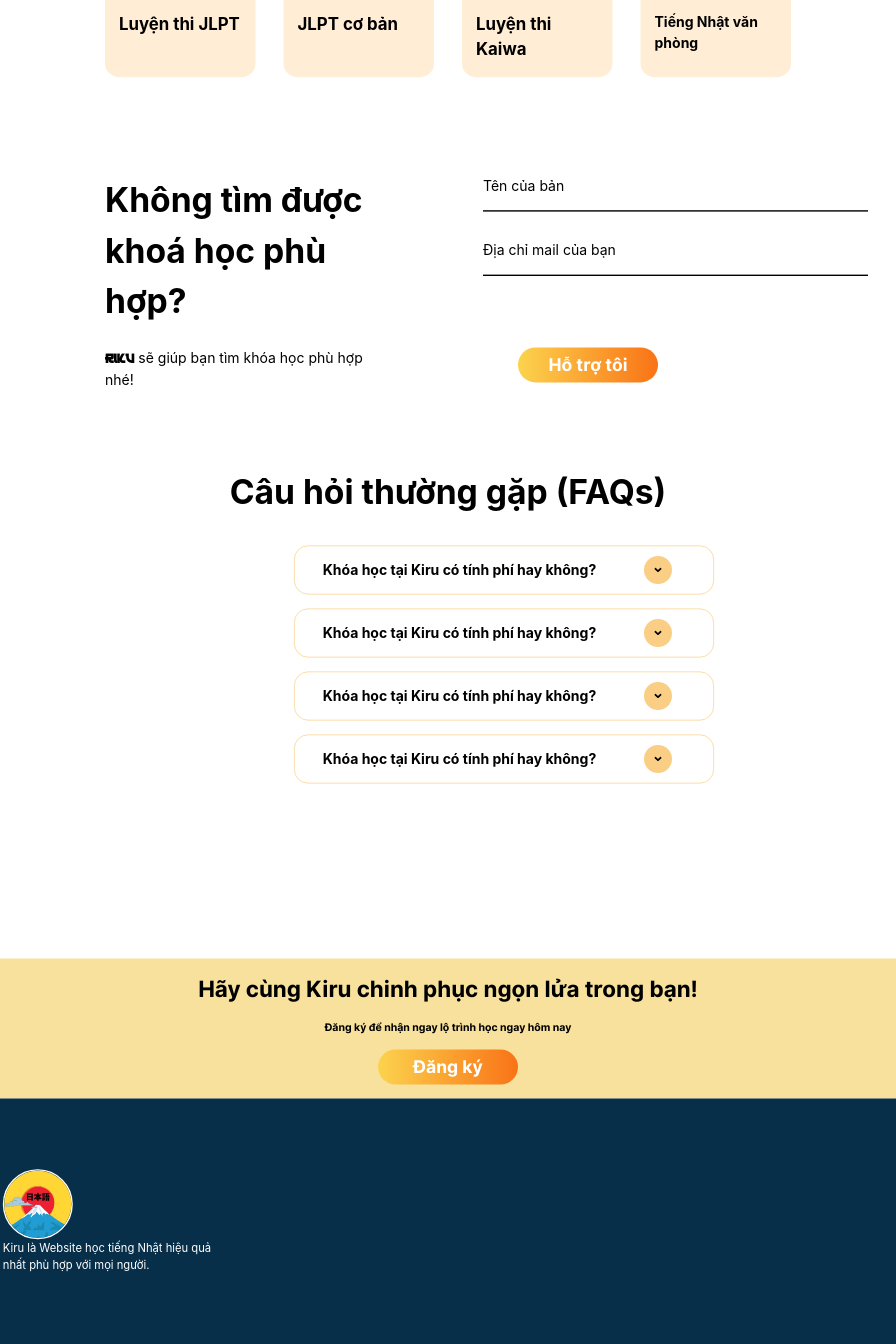
Repository: Quynhhuong150322/Kiru_Website-hoc-tieng-Nhat
Page: /
The author's editor kept a copy of each file at every save. The page is drawn from the files as they stood at one save, then again after the next save.
The browser window is 1280 px wide. The pictures show the part of the page from y = 3205 to 5125 px (the page is 5125 px tall), at 70% of full size.
The project was rebuilt for these pictures with package versions that can differ from the ones it lists, and the page was loaded fresh each time.

Above is the page before, as saved 2023-08-17 01:44:07.

### public/index.html
<!DOCTYPE html>
<html lang="en">
  <head>
    <meta charset="utf-8" />
    <link rel="icon" href="%PUBLIC_URL%/favicon.ico" />
    <meta name="viewport" content="width=device-width, initial-scale=1" />
    <meta name="theme-color" content="#000000" />
    <meta
      name="description"
      content="Web site created using create-react-app"
    />
    <link rel="apple-touch-icon" href="%PUBLIC_URL%/logo192.png" />
    <!--
      manifest.json provides metadata used when your web app is installed on a
      user's mobile device or desktop. See https://developers.google.com/web/fundamentals/web-app-manifest/
    -->
    <link rel="manifest" href="%PUBLIC_URL%/manifest.json" />
    <!--
      Notice the use of %PUBLIC_URL% in the tags above.
      It will be replaced with the URL of the `public` folder during the build.
      Only files inside the `public` folder can be referenced from the HTML.

      Unlike "/favicon.ico" or "favicon.ico", "%PUBLIC_URL%/favicon.ico" will
      work correctly both with client-side routing and a non-root public URL.
      Learn how to configure a non-root public URL by running `npm run build`.
    -->
    <title>Kiru web</title>
  </head>
  <body>
    <noscript>You need to enable JavaScript to run this app.</noscript>
    <div id="root"></div>
    <!--
      This HTML file is a template.
      If you open it directly in the browser, you will see an empty page.

      You can add webfonts, meta tags, or analytics to this file.
      The build step will place the bundled scripts into the <body> tag.

      To begin the development, run `npm start` or `yarn start`.
      To create a production bundle, use `npm run build` or `yarn build`.
    -->
  </body>
</html>

### src/index.js
import React from 'react';
import ReactDOM from 'react-dom/client';
import './index.css';
import App from './App';
import reportWebVitals from './reportWebVitals';
import { BrowserRouter} from "react-router-dom";


const root = ReactDOM.createRoot(document.getElementById('root'));
root.render(
  <React.StrictMode>
    <BrowserRouter>
      <App />
    </BrowserRouter>
  </React.StrictMode>
);

// If you want to start measuring performance in your app, pass a function
// to log results (for example: reportWebVitals(console.log))
// or send to an analytics endpoint. Learn more: https://bit.ly/CRA-vitals
reportWebVitals();

### src/App.js
import './App.css';
import HeaderBefor from "./component/header_footer/HeaderBefor";
import Footer from "./component/header_footer/footer";
// import MyRoutes from './route/MyRoutes';
import GioiThieu from "./component/Gioi_thieu"
import KhoaHocBefor from "./component/Khoa_hoc_befor";
import LienHe from "./component/Lien_he";
import FAQs from "./component/FAQs";


function App() {
  return (
    <div className = "bg-white">
      {/* <MyRoutes></MyRoutes> */}
      <HeaderBefor></HeaderBefor>
      <GioiThieu></GioiThieu>
      <KhoaHocBefor></KhoaHocBefor>
      <LienHe></LienHe>
      <FAQs></FAQs>
      <Footer></Footer>
    </div>
  );
}

export default App;

### src/App.css
.App {
  text-align: center;
}

.App-logo {
  height: 40vmin;
  pointer-events: none;
}

@media (prefers-reduced-motion: no-preference) {
  .App-logo {
    animation: App-logo-spin infinite 20s linear;
  }
}

.App-header {
  background-color: #282c34;
  min-height: 100vh;
  display: flex;
  flex-direction: column;
  align-items: center;
  justify-content: center;
  font-size: calc(10px + 2vmin);
  color: white;
}

.App-link {
  color: #61dafb;
}

@keyframes App-logo-spin {
  from {
    transform: rotate(0deg);
  }
  to {
    transform: rotate(360deg);
  }
}

@font-face {
  font-family: Japanese;
  src: url(./font/Japanese\ 3017.ttf);
}

@font-face {
  font-family: InterBold;
  src: url(./font/Inter-Bold.ttf);
}

@font-face {
  font-family: InterRegular;
  src: url(./font/Inter-Regular.ttf);
}

@font-face {
  font-family: Montserrat;
  src: url(./font/MontserratAlternates-Bold.otf);
}

### src/component/header_footer/HeaderBefor.js
import React from "react";
import logo from "../../image/logo.png"
import { Link } from "react-router-dom";

const Header = () => {
    return (
        <div className = "bg-white top-0 h-[70px] ">
            <div class="flex justify-between items-center p-1">
                <Link to = "/">
                    <div className="flex flex-row items-center gap-5 pl-[50px] justify-center">
                        <img
                            className="h-[55px] w-55px] rounded-full "
                            src = {logo}
                            alt = "logo"
                        />
                        <div className="font-japanese text-[40px] font-bold">Kiru</div>
                    </div>
                </Link>
                <div className=""></div>
                    <ul className="flex space-x-4 justify-start gap-10 font-interBold text-[17px] pr-28 ">
                        <li className="hover:text-yellow-500">
                            <Link to = "/GioiThieu">Giới Thiệu</Link>
                        </li>
                        <li className="hover:text-yellow-500">
                            <Link to = "/LienHe">Liên hệ</Link>
                        </li>
                        <li className="hover:text-yellow-500">
                            <Link to = "/KhoaHocBefor">Khoá học</Link>
                        </li>
                        <li className="hover:text-yellow-500">
                            <Link to = "/FAQs">FAQs</Link>
                        </li>
                    </ul>
                <div className="pr-[50px] flex items-center ">
                    <ul className="flex space-x-4 justify-start gap-1 font-interBold text-[17px] items-center">
                        <li>
                            <button
                                type="button"
                                className="w-[117px] h-10 rounded-[20px] hover:border-2 border-amber-500 hover:text-sky-500">
                                Đăng nhập
                            </button>
                        </li>
                        <li>
                            <button
                                type="button"
                                className = "w-28 h-10 rounded-[20px] text-white bg-gradient-to-r from-amber-300  to-orange-500 hover:border-2 border-amber-700 hover:text-sky-500">
                                Đăng ký
                            </button>
                        </li>
                    </ul>
                </div>
            </div>

        </div>
    );
};
export default Header;

### src/component/header_footer/footer.js
import React from "react";
import logo from "../../image/logo.png"

const Footer = () => {
    return (
        <div class="">
            <div className="h-[350px] bg-sky-950 flex justify-between items-center p-1">
                <div className="flex-initial w-[300px]">
                    <img
                        className="h-[100px] w-100px] rounded-full border-2 border-white"
                        src = {logo}
                        alt = "logo"
                    />
                    <p className="text-white">Kiru là Website học tiếng Nhật hiệu quả nhất phù hợp với mọi người. <p className="by @Nhom2"></p></p>
                </div>
                <div className="">

                </div>
                <div className="">

                </div>
            </div>
        </div>

    );
}
export default Footer;

### src/component/Khoa_hoc_befor.js
import React from "react";
import photo4 from "../image/photo4.png";
import photo5 from "../image/photo5.png";
import photo6 from "../image/photo6.png";
import photo7 from "../image/photo7.png";

const KhoaHocBefor = () => {
    return (
        <div className="">
            <div className="">
                <div className="pt-[100px] pl-[150px] font-inter font-bold text-[48px] w-[650px]">Gợi ý khóa học có thể phù hợp với bạn</div>
                <dic className="flex flex-row gap-10 px-[150px] py-10">
                    <div className="w-[250px] h-[350px] bg-orange-100 rounded-[20px] py-5 px-5">
                        <div className="">
                            <img
                                className=" rounded-[20px]  "
                                src = {photo4}
                                alt = "Photo4"
                            />
                        </div>
                        <div className="pt-5 font-inter font-bold text-[24px]">Luyện thi JLPT</div>
                    </div>
                    <div className="w-[250px] h-[350px] bg-orange-100 rounded-[20px] py-5 px-5">
                        <div className="">
                            <img
                                className=" rounded-[20px]  "
                                src = {photo5}
                                alt = "Photo5"
                            />
                        </div>
                        <div className="pt-5 font-inter font-bold text-[24px]">JLPT cơ bản</div>
                    </div>
                    <div className="w-[250px] h-[350px] bg-orange-100 rounded-[20px] py-5 px-5">
                        <div className="">
                            <img
                                className=" rounded-[20px]  "
                                src = {photo6}
                                alt = "Photo6"
                            />
                        </div>
                        <div className="pt-5 font-inter font-bold text-[24px]">Luyện thi Kaiwa</div>
                    </div>
                    <div className="w-[250px] h-[350px] bg-orange-100 rounded-[20px] py-5 px-5">
                        <div className="">
                            <img
                                className=" rounded-[20px]  "
                                src = {photo7}
                                alt = "Photo7"
                            />
                        </div>
                        <div className="pt-5 font-inter font-bold text-[20px]">Tiếng Nhật văn phòng</div>
                    </div>
                </dic>
            </div>
        </div>
    )
}
export default KhoaHocBefor;

### src/component/Lien_he.js
import React from "react";


const LienHe = () => {
    return (
        <div className="">
            <div className="grid grid-cols-2 gap-[100px] pt-[100px]">
                <div className="font-inter font-bold text-[48px] pl-[150px] ">Không tìm được khoá học phù hợp?</div>
                <div className="">
                    <div className="">
                        <p className="font-inter  text-[20px] pb-5">Tên của bản</p>
                        <div className="h-[2px] w-[550px] bg-black "></div>
                    </div>
                    <div className="">
                        <p className="font-inter  text-[20px] pb-5 pt-10">Địa chỉ mail của bạn</p>
                        <div className="h-[2px] w-[550px] bg-black "></div>
                    </div>
                </div>
            </div>
            <div className="grid grid-cols-2 gap-[200px] pt-[30px]">
                <div className="font-inter text-[20px] pl-[150px]"><a className="font-japanese font-bold">Riku</a> sẽ giúp bạn tìm khóa học phù hợp nhé!</div>
                <div className="">
                    <button
                        type="button"
                        className = "w-[200px] h-[50px] rounded-[40px] text-white bg-gradient-to-r from-amber-300  to-orange-500 hover:border-2 border-amber-700 hover:text-sky-500 font-interBold text-[25px] items-center">
                        Hỗ trợ tôi
                    </button>
                </div>
            </div>

        </div>
    )
}
export default LienHe;

### src/component/FAQs.js
import React from "react";
import {FaAngleDown} from "react-icons/fa";


const FAQs = () => {
    return (
        <div className="">
            <div className="">
                <div className="pt-[110px] font-inter font-bold text-[48px] text-center pb-10">Câu hỏi thường gặp (FAQs)</div>
                <div className="px-[420px] content-center  ">
                    <div className="h-[70px] w-[600px]  border border-amber-500/50 rounded-[20px]  px-10 grid grid-cols-2 gap-[400px] items-center">
                        <p className="flex-initial w-[800px] font-bold text-[20px]">Khóa học tại Kiru có tính phí hay không?</p>
                        <div className="w-[40px] h-[40px] bg-amber-500/50 rounded-[30px] items-center py-3 pl-3">
                            <FaAngleDown/>
                        </div>
                    </div>
                </div>
                <div className="px-[420px] content-center pt-5 ">
                    <div className="h-[70px] w-[600px]  border border-amber-500/50 rounded-[20px]  px-10 grid grid-cols-2 gap-[400px] items-center">
                        <p className="flex-initial w-[800px] font-bold text-[20px]">Khóa học tại Kiru có tính phí hay không?</p>
                        <div className="w-[40px] h-[40px] bg-amber-500/50 rounded-[30px] items-center py-3 pl-3">
                            <FaAngleDown/>
                        </div>
                    </div>
                </div>
                <div className="px-[420px] content-center pt-5 ">
                    <div className="h-[70px] w-[600px]  border border-amber-500/50 rounded-[20px]  px-10 grid grid-cols-2 gap-[400px] items-center">
                        <p className="flex-initial w-[800px] font-bold text-[20px]">Khóa học tại Kiru có tính phí hay không?</p>
                        <div className="w-[40px] h-[40px] bg-amber-500/50 rounded-[30px] items-center py-3 pl-3">
                            <FaAngleDown/>
                        </div>
                    </div>
                </div>
                <div className="px-[420px] content-center pt-5 ">
                    <div className="h-[70px] w-[600px]  border border-amber-500/50 rounded-[20px]  px-10 grid grid-cols-2 gap-[400px] items-center">
                        <p className="flex-initial w-[800px] font-bold text-[20px]">Khóa học tại Kiru có tính phí hay không?</p>
                        <div className="w-[40px] h-[40px] bg-amber-500/50 rounded-[30px] items-center py-3 pl-3">
                            <FaAngleDown/>
                        </div>
                    </div>
                </div>
            </div>
            <div className="pt-[250px] ">
                <div className="h-[200px] bg-yellow-500/40 items-center">
                    <div className="text-[32px] font-interBold text-center pt-5">Hãy cùng Kiru chinh phục ngọn lửa trong bạn!</div>
                    <p className="text-[15px] font-interBold text-center pt-5">Đăng ký để nhận ngay lộ trình học ngay hôm nay</p>
                    <div className="text-center pt-5">
                        <button
                            type="button"
                            className = "w-[200px] h-[50px] rounded-[40px] text-white bg-gradient-to-r from-amber-300  to-orange-500 hover:border-2 border-amber-700 hover:text-sky-500 font-interBold text-[25px] items-center">
                            Đăng ký
                        </button>
                    </div>
                </div>
            </div>
        </div>
    )
}
export default FAQs;

### tailwind.config.js
/** @type {import('tailwindcss').Config} */
module.exports = {
  content: ["./src/**/*.{html,js}"],
  // plugins: [require("tailwind-scrollbar")],
  theme: {
    extend: {
      fontSize: {
        sm: '9px',
        base: '13px',
        xl: '20px',
        '2xl': '60px',
        '3xl': '80px',
        '4xl': '90px',
        '5xl': '100px',
      }
    },
    screens: {
      'sm': {'min': '400px', 'max': '767px'},
      // => @media (min-width: 640px and max-width: 767px) { ... }

      'md': {'min': '768px', 'max': '1023px'},
      // => @media (min-width: 768px and max-width: 1023px) { ... }

      'lg': {'min': '1024px', 'max': '1279px'},
      // => @media (min-width: 1024px and max-width: 1279px) { ... }

      'xl': {'min': '1280px', 'max': '1535px'},
      // => @media (min-width: 1280px and max-width: 1535px) { ... }

      '2xl': {'min': '1536px'},
      // => @media (min-width: 1536px) { ... }
    },

    fontFamily: {
      japanese: ['"Japanese"'],
      interBold: ['"InterBold"'],
      interRegular: ['"InterRegular"'],
      montserrat: ['"Montserrat"']
    },
  },
  plugins: [],
}

Loaded but not shown: src/index.css (common file); src/reportWebVitals.js (common file); src/component/Gioi_thieu.js (187 lines, source omitted)

After the next save:
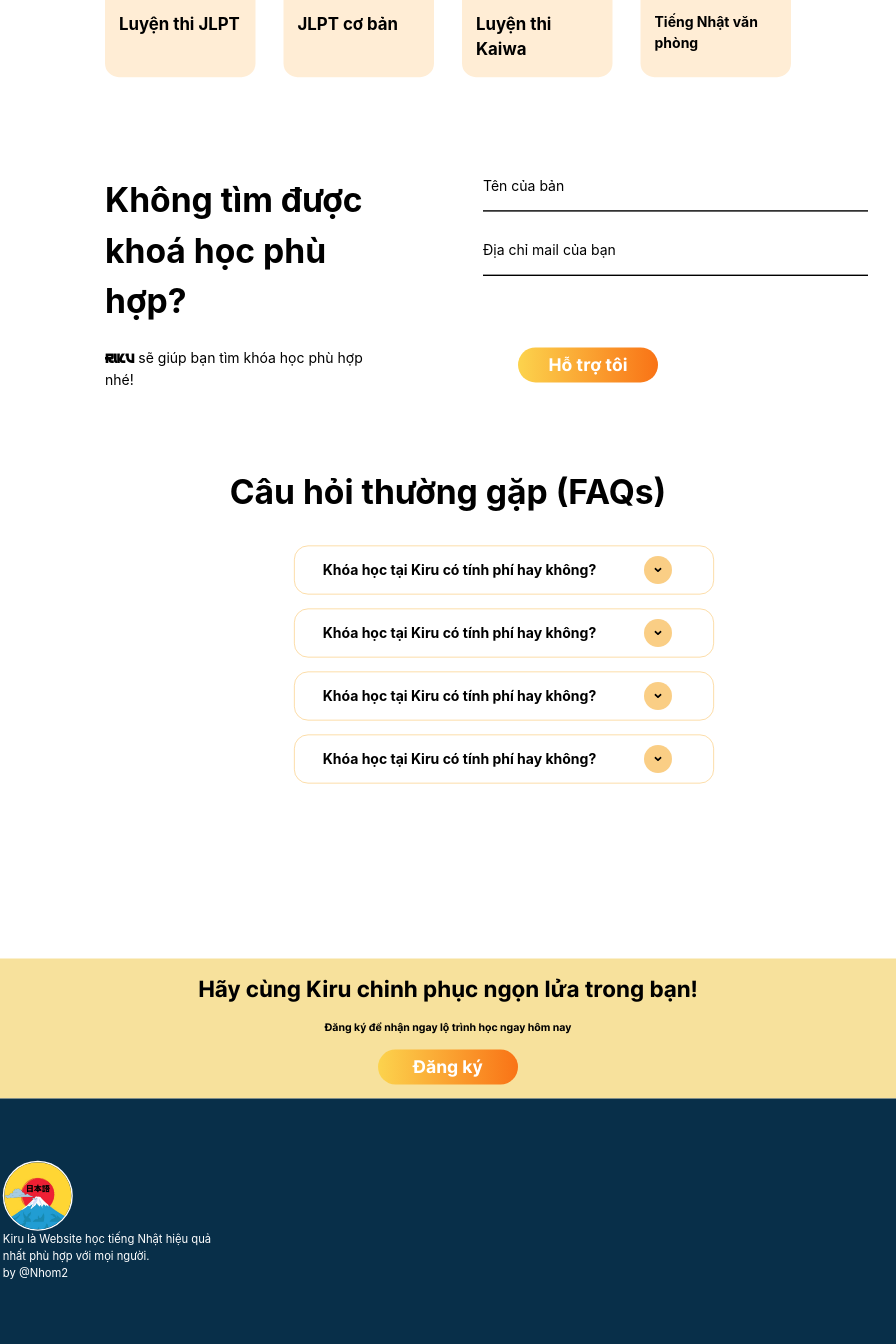
Saved 18 s later.
--- a/src/component/header_footer/footer.js
+++ b/src/component/header_footer/footer.js
@@ -11,7 +11,7 @@ const Footer = () => {
                         src = {logo}
                         alt = "logo"
                     />
-                    <p className="text-white">Kiru là Website học tiếng Nhật hiệu quả nhất phù hợp với mọi người. <p className="by @Nhom2"></p></p>
+                    <p className="text-white">Kiru là Website học tiếng Nhật hiệu quả nhất phù hợp với mọi người. <p className="">by @Nhom2</p></p>
                 </div>
                 <div className="">
 
